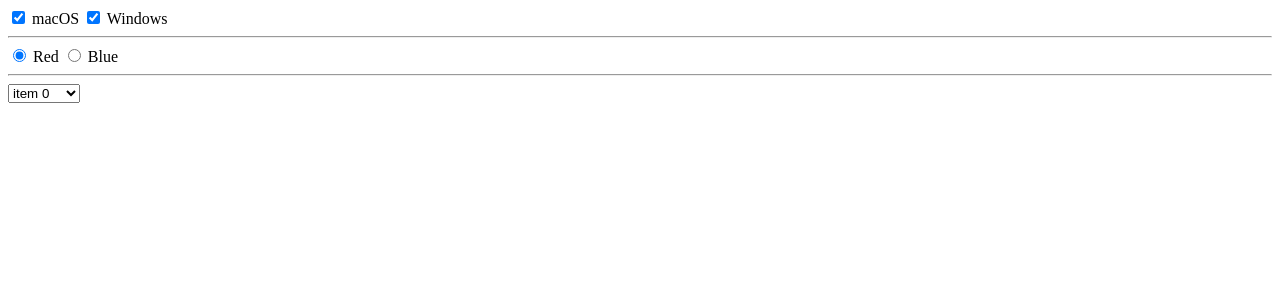
Repository: kojimayu/dotinstall-JavaScript-DOM
Page: index.html
An editor plug-in stored every save of this project. The page is shown before and after the next save, followed by the edit.
The browser window is 1280 px wide. The pictures show the whole page.

Above is the page before, as saved 2019-04-13 16:59:55.

### index.html
<!DOCTYPE html>
<html lang="ja">

<head>
  <meta charset="UTF-8">
  <title>JavaScript</title>

</head>

<body>
  <input type="checkbox" name="os" id="mac"> macOS
  <input type="checkbox" name="os" id="win" checked> Windows
  <hr>
  <input type="radio" name="color" id="red" checked> Red
  <input type="radio" name="color" id="blue"> Blue
  <hr>
  <select>
    <option>item 0</option>
    <option>selected</option>
    <option>item 2</option>
  </select>

  <script src="js/main.js"></script>
</body>

</html>

### js/main.js
'use strict'

{
  console.log(document.querySelectorAll('input[type="checkbox"]')[0].checked);
  console.log(document.querySelectorAll('input[type="checkbox"]')[1].checked);

  document.querySelectorAll('input[type="checkbox"]')[0].checked =true;

  console.log(document.querySelectorAll('input[type="radio"]')[0].checked);
  console.log(document.querySelectorAll('input[type="radio"]')[1].checked);

}

After the next save:
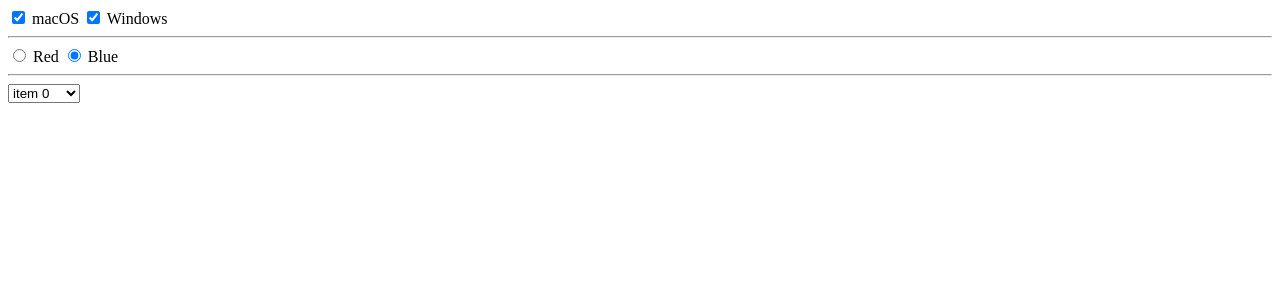
Saved 2 min 15 s later.
--- a/js/main.js
+++ b/js/main.js
@@ -9,4 +9,6 @@
   console.log(document.querySelectorAll('input[type="radio"]')[0].checked);
   console.log(document.querySelectorAll('input[type="radio"]')[1].checked);
 
+  document.querySelectorAll('input[type="radio"]')[1].checked = true;
+
 }
